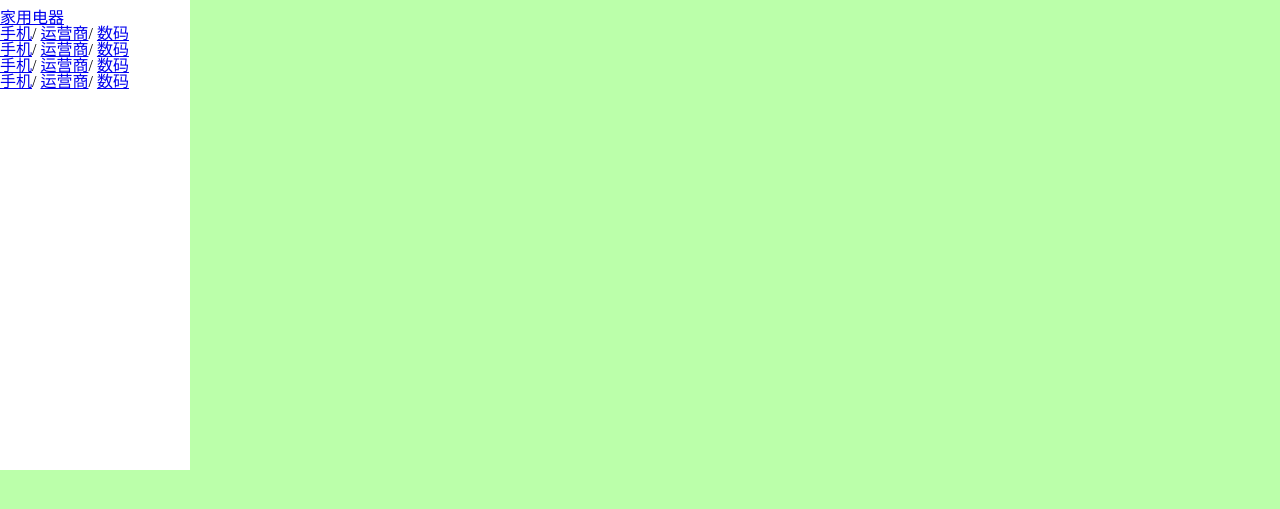
Repository: Romic77/css-test
Page: exercise/02_京东左侧导航条.html
The author's editor kept a copy of each file at every save. The page is drawn from the files as they stood at one save, then again after the next save.
The browser window is 1280 px wide. The pictures show the whole page.

Above is the page before, as saved 2022-09-03 13:47:02.

### exercise/02_京东左侧导航条.html
<!DOCTYPE html>
<html lang="en">

<head>
    <meta charset="UTF-8">
    <meta http-equiv="X-UA-Compatible" content="IE=edge">
    <meta name="viewport" content="width=device-width, initial-scale=1.0">
    <title>Document</title>
    <link rel="stylesheet" href="./css/reset.css">
    <style>
        body {
            background-color: #bfa;
        }

        .left-nav {
            width: 190px;
            height: 450px;
            padding: 10px 0;
            background-color: #fff;
        }
    </style>
</head>

<body>
    <!-- nav(div) /div(div)  / ul(li)-->
    <nav class="left-nav">
        <div class="item">
            <a href="#">家用电器</a>
        </div>

        <div class="item">
            <a href="#">手机</a>/
            <a href="#">运营商</a>/
            <a href="#">数码</a>
        </div>

        <div class="item">
            <a href="#">手机</a>/
            <a href="#">运营商</a>/
            <a href="#">数码</a>
        </div>

        <div class="item">
            <a href="#">手机</a>/
            <a href="#">运营商</a>/
            <a href="#">数码</a>
        </div>

        <div class="item">
            <a href="#">手机</a>/
            <a href="#">运营商</a>/
            <a href="#">数码</a>
        </div>
    </nav>
</body>

</html>

Loaded but not shown: exercise/css/reset.css (common file)

After the next save:
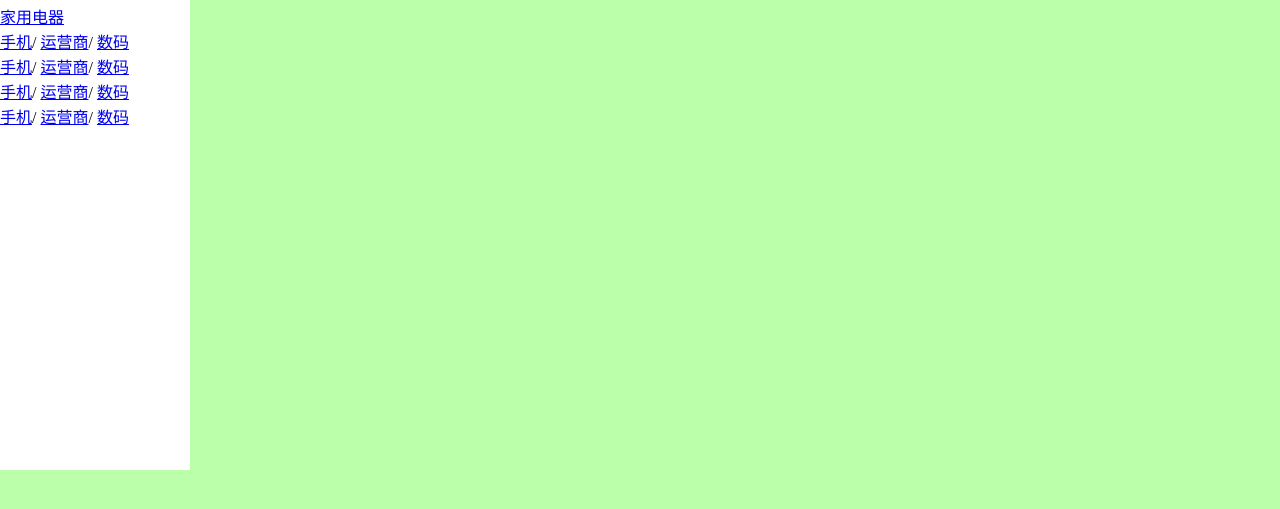
Saved 104 s later.
--- a/exercise/02_京东左侧导航条.html
+++ b/exercise/02_京东左侧导航条.html
@@ -17,6 +17,10 @@
             height: 450px;
             padding: 10px 0;
             background-color: #fff;
+        }
+
+        .item {
+            height: 25px;
         }
     </style>
 </head>
